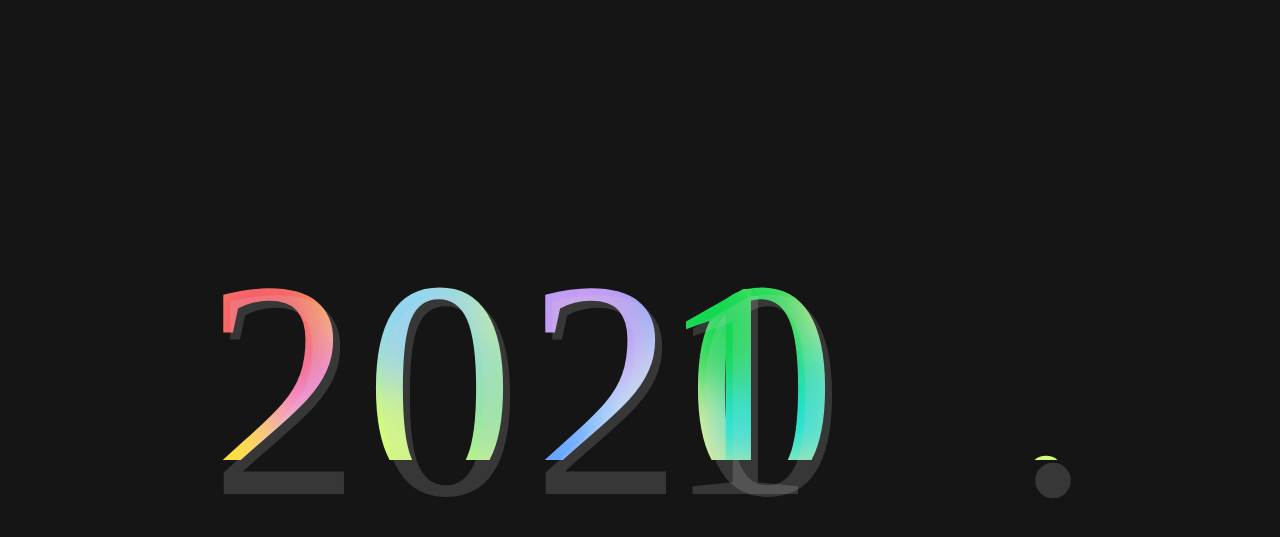
Repository: ramtoppo12/Happy-new-year-2021
Page: index.html
The author's editor kept a copy of each file at every save. The page is drawn from the files as they stood at one save, then again after the next save.
The browser window is 1280 px wide. The pictures show the whole page.
Some web fonts or font styles are not loaded; a fallback is used.

Above is the page before, as saved 2020-12-24 23:27:12.

After the next save:
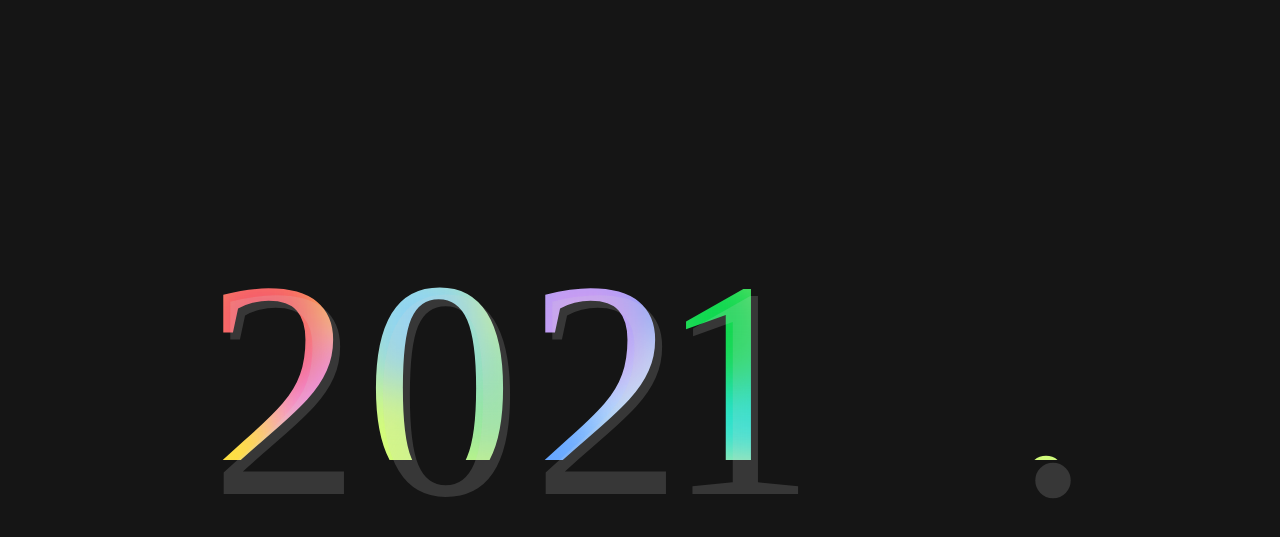
Saved 17 s later.
--- a/style.css
+++ b/style.css
@@ -39,6 +39,7 @@ body {
 
 .text-4 {
   background-image: url("data:[embedded picture, 1300 characters]");
+  transform: translateX(-1000%);
 }
 .text-5 {
   background-image: url("data:[embedded picture, 1300 characters]");
